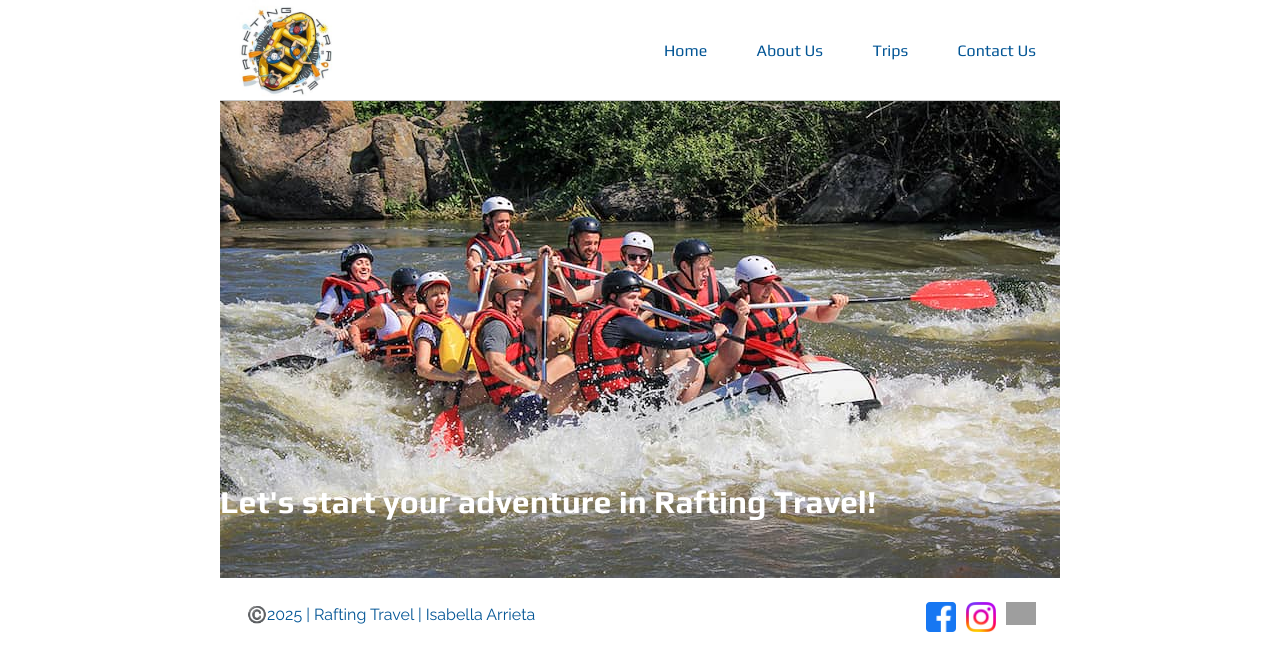
Repository: isaAJ05/wdd130
Page: wwr/index.html
These files come from the project's save history. The page is drawn as it stood at one moment and after the next save; the edit follows.
The browser window is 1280 px wide. The pictures show the whole page.
Pictures or frames that could not be fetched are drawn as grey boxes.

Above is the page before, as saved 2025-06-16 20:05:36.

### wwr/index.html
<!DOCTYPE html>
<html lang="en">
<head>
    <meta charset="UTF-8">
    <meta name="viewport" content="width=device-width, initial-scale=1.0">
    <title>Home-Rafting Travel</title>
    <meta name="description" content="Main page: Rafting Travel">
    <meta name="author" content="Isabella Arrieta">
    <link rel="stylesheet" href="styles/rafting.css">
    <link rel="preconnect" href="https://fonts.googleapis.com">
    <link rel="preconnect" href="https://fonts.gstatic.com" crossorigin>
    <link href="https://fonts.googleapis.com/css2?family=Play:wght@400;700&family=Raleway:ital,wght@0,100..900;1,100..900&display=swap" rel="stylesheet">
</head>
<body>
    <header>
        <img src ="images/z-raftingcompas.jpg" alt="Rafting Company Logo">
    <nav>
        <a href="index.html">Home</a>
        <a href="about.html">About Us</a>
        <a href="trips.html">Trips</a>
        <a href="contact.html">Contact Us</a>
    </nav>
    </header>
    <main>
        <div class="hero">
            <img src="images/rafting10_1024.jpg" alt="Rafting">
            <h1>Let's start your adventure in Rafting Travel!</h1>
        </div>
        </main>
    <footer>
        <p>©️2025 | Rafting Travel | Isabella Arrieta</p>
        <nav class="socialmedia">
            <a href="https://www.facebook.com/">
                <img src="images/facebook.webp" alt="Facebook" width="30">
            </a>
            <a href="https://www.instagram.com/">
                <img src="images/instagram.webp" alt="Instagram" width="30">
            </a>
            <a href="https://x.com/home">
                <img src="images/x.webp" alt="X" width="30">
            </a>
        </nav>
    </footer>
</body>
</html>

### wwr/styles/rafting.css
:root {
    --primary-color: #FC9F1C;
    --secondary-color: #FFE77C;
    --accent1-color: #025595;
    --accent2-color: #A6DEF6;
    --heading-font: "Play", sans-serif;
    --body-font: "Raleway", sans-serif;
}

header {
    margin: 1rem auto;
    background-color: #fff;
    color: var(--secondary-color);
    display: grid;
	grid-template-columns: 1fr 1fr;
    align-items: center;
    border-bottom: 1px solid #ccc;

}
header img {
    width: 100px;
    height: auto;
    margin-left: 16px;
}
*{
    margin: 0;
    padding: 0;
    box-sizing: border-box;
}
body {
    font-family: var(--body-font);
    color: var(--accent1-color);
}
 header, main, footer {
    width: 840px;
    margin: 0 auto;
}
h1, h2{
    font-family: var(--heading-font);
    color: var(--accent1-color);
}
p, section, article{
    margin: 16px;
    padding: 8px;
}
.History {
    display: grid;
	grid-template-columns: 1fr 1fr 1fr;
    align-items: center;
    grid-gap: 1px;
}
.History h2{
    grid-column: 1/4;
    text-align: center;

}
.History img{
    width: 100%;
    height: auto;
}
.Adventure {
    display: grid;
    grid-template-columns: 1fr 1fr 1fr 1fr 1fr;
    align-items: center;
    grid-gap: 15px;
}
.Adventure h2{
    grid-column: 1/6;
    text-align: center;
}
.Adventure img{
    width: 100%;
    height: auto;
}
figcaption {
    text-align: center;
}
nav {
    margin: 16px;
    padding: 8px;
    display: flex;
    justify-content: space-between;
	flex: 1 1 auto;

}
nav a {
    text-decoration: none;
    font-family: var(--heading-font);
    color: var(--accent1-color);
}
nav a:hover {
    color: var(--primary-color);
    text-decoration: underline;
}

.socialmedia a{
    text-decoration: none;
}
.socialmedia {
    justify-content: right;
    gap: 10px;
}

.herodiv{
    position: relative;
    margin: 1em auto;

}

.herodiv img{
    display: block;
    width: 100%;
    height: auto;
}

.herodiv h1{
    position: absolute;
    top: 20px;
    width: 100%;
    padding: 16px;
    text-align: center;
    opacity: 0.9;
    background-color: var(--accent1-color);
    color: #ffffff;

}

.herodiv article{
    position: absolute;
    top: 150px;
    left: 5px;
    width: 800px;
    opacity: 0.9;
    background-color: var(--accent1-color);
    color: #ffffff;
}
.herodiv article img{
    float: right;
    width: 230px;
    padding: 8px;
}
footer {
    display: flex;

}
footer p {
    margin: 19px;
    padding: 8px;

}
.rectangle-3 {
	width: 840px;
	height: 159px;
	padding: 8px 8px 8px 8px;
	background:var(--accent1-color);
    margin: 0 auto;
    display: flex;
    flex-direction: column;
    align-items: center;
    justify-content: center;
	border-radius: 3px 3px 3px 3px;

}
.rectangle-3 .header-3 {
    width: 463px;
	height: 36px;
	color: #FFFFFF;
	font-family: var(--heading-font);
	font-weight: 700;
	font-size: 30px;
	line-height: 1.2;
	text-align: center;
}
.we-love-questions-and-feedback-and-we-re-always- {
	width: 418px;
	height: 44px;
	color: #FFFFFF;
	font-family: var(--body-font);
	font-weight: 400;
	font-size: 13px;
	line-height: 1.4;
	text-align: center;
}
.rectangle-4 {
	width: 840px;
	height: 348px;
	background: #FFFFFF;
	border-radius: 3px 3px 3px 3px;
    display: flex;
    align-items: flex-start;
}
.column-text{
    flex:1;
    padding: 20px;
    align-items: center;
}
.column-text .block{
    flex:1;
}

.column-map {
    flex: 1;
    text-align: right;;
}

.column-map iframe {
	max-width: 463px;
	height: 348px;
	background: #00000000;

}


.header-14 {
	width: 223px;
	color: var(--accent1-color);
	font-family: var(--body-font);
	font-weight: 700;
	font-size: 24px;
	line-height: 1.2;
    text-align: left;
    margin-top: 34px;
}
.jackson-wyoming-ee-uu- {

    margin-top: 35px;
	color: var(--accent1-color);
	font-family: var(--body-font);
	font-weight: 600;
	font-size: 16px;
	line-height: 1.1;
	text-align: left;
    padding-left: 6px;
}


.address-phone-and-email {
    margin-top: 20px;
	color: var(--accent1-color);
	font-family: var(--body-font);
	font-weight: 400;
	font-size: 11px;
	line-height: 1.5;
	text-align: left;
}
.address-phone-and-email img {
	width: 18px;
	height: 18px;
}
.address-phone-and-email figure {
    display: flex;
    gap: 10px;
    margin: 0;
    margin-top: 10px;
}



.rectangle-5 {
	width: 840px;
	height: 240px;
    padding: 20px 20px 20px 20px;
	background: var(--accent1-color);
	border-radius: 3px 3px 3px 3px;
    display: grid;
    grid-template-columns: 1fr 1fr 1fr;
    align-items: center;
    justify-items: center;
}
.rectangle-5 img {
	width: 120px;
	height: 135px;
	background: #00000000;
}

.rectangle-5 figcaption {
	width: 111px;
	height: 15px;
	color: #FFFFFF;
	font-family: var(--body-font);
	font-weight: 500;
	font-size: 14px;
	line-height: 1.1;
	text-align: center;
}

.header-16 {
	width: 223px;
	height: 48px;
	color: #FFFFFF;
	font-family: var(--heading-font);
	font-weight: 700;
	font-size: 24px;
	line-height: 1.2;
	text-align: center;
    grid-column: 1/4;
    margin: 0 auto;
}

.rectangle-6 {
	width: 840px;
	height: 551px;
	padding: 8px 8px 8px 8px;
	background: #EDF0F4;
	border-radius: 3px 3px 3px 3px;
}
.rectangle-6 h2{
    margin-top: 48px;
	color: #3B4754;
	font-family: var(--heading-font);
	font-weight: 700;
	font-size: 24px;
	line-height: 1.2;
	text-align: center;
}

.rectangle-6 p {
	color: #4f6278;
	font-family: var(--body-font);
	font-weight: 400;
	font-size: 13px;
	line-height: 1.5;
	text-align: center;
}

.rectangle-6 .row {
    display: flex;
    gap: 20px;
    align-items: center;
    justify-content: center;
    padding-top: 16px;
    padding-bottom: 16px;

}

.rectangle-6 .form-title {
    display: flex;
    flex-direction: column;

}
.rectangle-6 .form-title label{
	width: 31px;
	height: 12px;
	color: #3B4754;
	font-family: var(--body-font);
	font-weight: 700;
	font-size: 11px;
	line-height: 1.1;
	text-align: left;
}
.rectangle-6 .form-title input{
	width: 225px;
	height: 28px;
	background: #FFFFFF;
	color: #9FAFC1;
	border-color: #C9D3DD;
	border-width: 2px;
	border-style: solid;
	border-radius: 4px 4px 4px 4px;
	font-family: var(--body-font);
	font-weight: 400;
	font-size: 12px;
	text-align: left;
    margin-top: 4px;
}
.rectangle-6 .title label{
	width: 31px;
	height: 12px;
	color: #3B4754;
	font-family: var(--body-font);
	font-weight: 700;
	font-size: 11px;
	line-height: 1.1;
	text-align: left;
    padding-left: 176px;
}
.radio{
    padding-left: 176px;

}

input[type="radio"]{
	background: #FFFFFF;
	border-color: #C9D3DD;
	border-width: 1.5px;
	border-style: solid;
}
.radio label {
    font-family: var(--body-font);
	font-weight: normal;
	font-size: 12px;
	text-align: left;
    color: #232323;
}
.rectangle-6 .textarea {
    display: flex;
    flex-direction: column;
    align-items: center;
    justify-content: center;
}
.rectangle-6 .textarea textarea {
    width: 469px;
	height: 99px;
	background: #FFFFFF;
	color: #000000;
	border-color: #C9D3DD;
	border-width: 2px;
	border-style: solid;
	border-radius: 4px 4px 4px 4px;
	font-family: var(--body-font);
	font-weight: 400;
	font-size: 12px;
	text-align: left;

}
.check {
    padding-left: 260px;
    padding-top: 20px;
    padding-bottom: 16px;
}
.check checkbox {
	width: 371px;
	height: 19px;
	background: #FFFFFF;
	border-color: #C9D3DD;
	border-width: 1.5px;
	border-style: solid;

}

.check label{
    font-family: var(--body-font);
	font-weight: normal;
	font-size: 12px;
	text-align: left;
	color: #4f6278;;
}
.send {
    padding-left: 360px;
}
.rectangle-6 button {
	width: 100px;
	height: 28px;
	padding: 0px 10px 0px 10px;
	background: var(--accent1-color);
	color: #FFFFFF;
	border-color: #3B4754;
	border-width: 1px;
	border-style: solid;
	border-radius: 2px 2px 2px 2px;
	font-family: var(--body-font);
	font-weight: 700;
	font-size: 10px;
	text-align: center;

}
.rectangle-6 button:hover {
    background: var(--primary-color);
    color: #fff;
    cursor: pointer;
}
.hero {
  position: relative;
}
.hero img {
  width: 100%;
  display: block;
}
.hero h1 {
  position: absolute;
  top: 80%;
  color: white;
  font-size: 2.0rem;
}

After the next save:
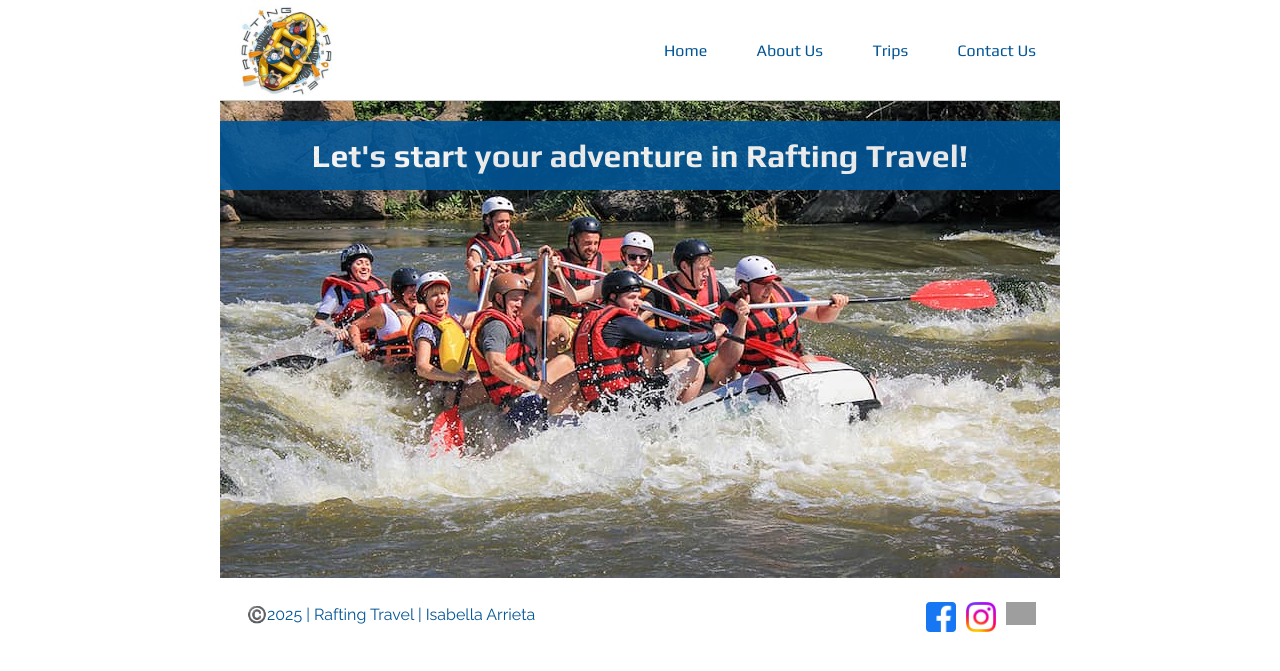
Saved 39 s later.
--- a/wwr/styles/rafting.css
+++ b/wwr/styles/rafting.css
@@ -471,4 +471,12 @@ input[type="radio"]{
   top: 80%;
   color: white;
   font-size: 2.0rem;
-}
+  position: absolute;
+    top: 20px;
+    width: 100%;
+    padding: 16px;
+    text-align: center;
+    opacity: 0.9;
+    background-color: var(--accent1-color);
+    color: #ffffff;
+}
